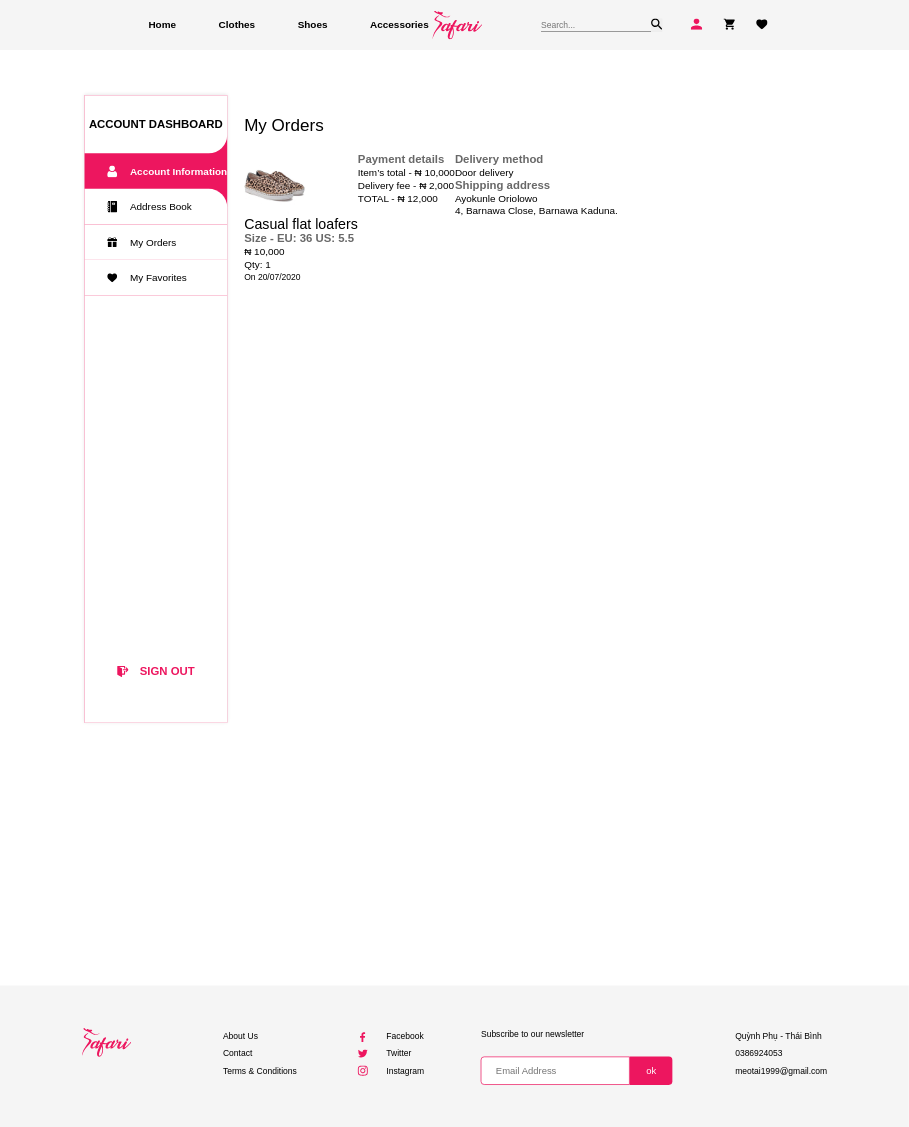
Repository: tboy1999/safari
Page: views/user.html
These files come from the project's save history. The page is drawn as it stood at one moment and after the next save; the edit follows.
The browser window is 1280 px wide. The pictures show the whole page, at 71% of full size.
Some web libraries are served in a nearby version. The style sheet was rebuilt from its Sass, Less or Tailwind sources for each picture, by a compiler version that may differ from the author's.

Above is the page before, as saved 2022-04-28 17:11:44.

After the next save:
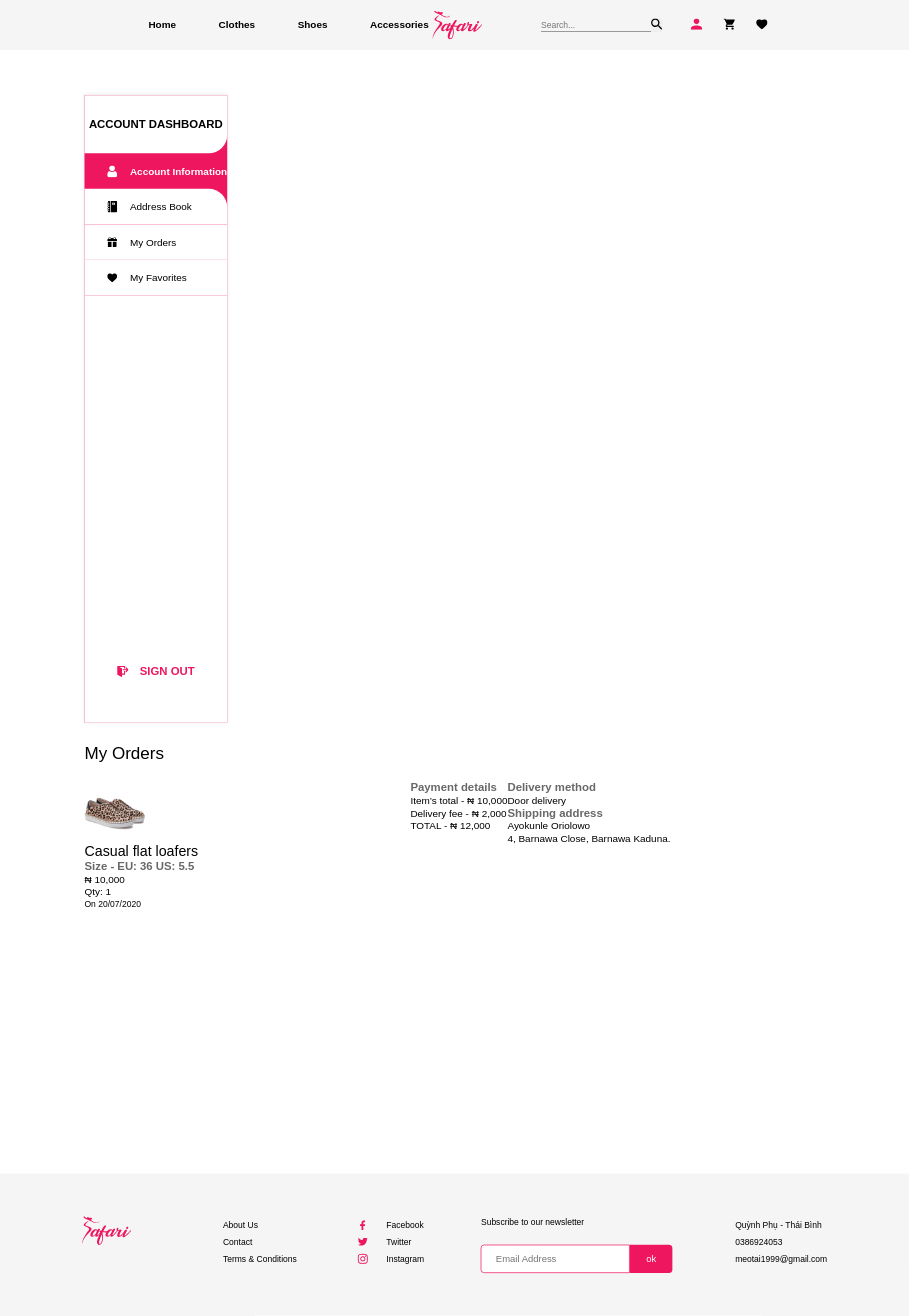
Saved 88 s later.
--- a/scss/user.scss
+++ b/scss/user.scss
@@ -117,4 +117,9 @@
     color: $primary-color;
     justify-content: end
   }
+  .my-orders {
+    &__product {
+      width: 459px;
+    }
+  }
 }
